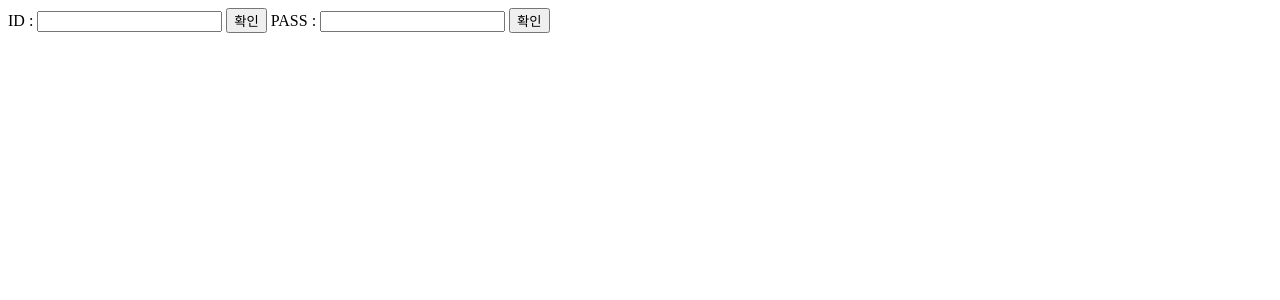
Repository: p2terkim/servletWork
Page: http://localhost/servletTest/basic/03_HW/cookieLogin.jsp
These files come from the project's save history. The page is drawn as it stood at one moment and after the next save; the edit follows.
The browser window is 1280 px wide. The pictures show the whole page.
The page is served by Tomcat 9.

Above is the page before, as saved 2021-05-18 06:16:05.

After the next save:
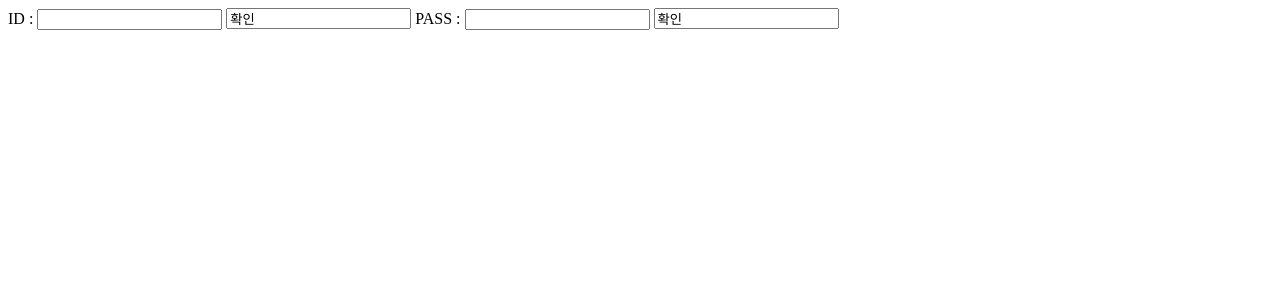
Saved 14 s later.
--- a/servletTest/WebContent/basic/03_HW/cookieLogin.jsp
+++ b/servletTest/WebContent/basic/03_HW/cookieLogin.jsp
@@ -10,10 +10,10 @@
 <form method = "post" action="/servletTest/ResponseTest01.do">
 	<div>
 		ID : <input type="text" name = "username">
-		<input type = "submit" value = "확인">
+		<input type = "text" value = "확인">
 
 		PASS : <input type="text" name = "username">
-		<input type="submit" value="확인">
+		<input type="text" value="확인">
 	</div>
 </form>
 </body>
